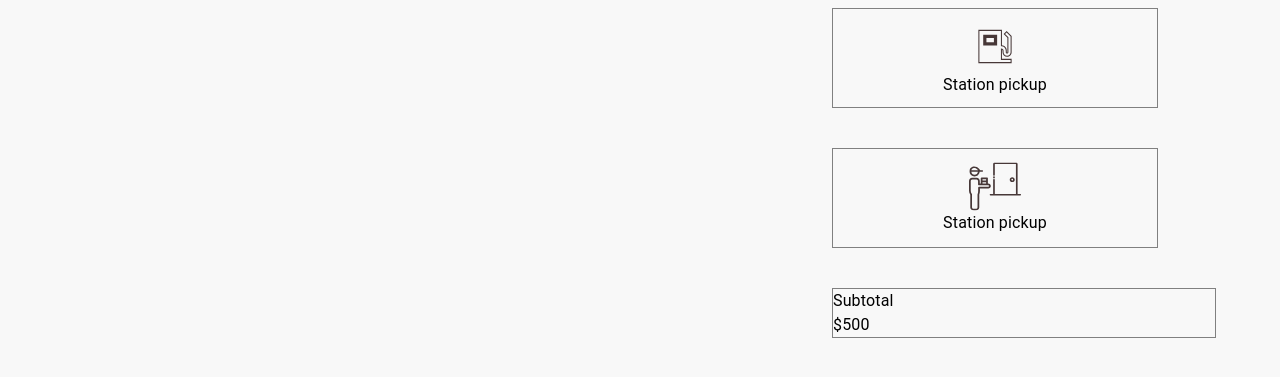
Repository: Armstrong2035/hng-project-two
Page: /cart (app in timbu-store/)
An editor plug-in stored every save of this project. The page is shown before and after the next save, followed by the edit.
The browser window is 1280 px wide. The pictures show the whole page.
The project was rebuilt for these pictures with package versions that can differ from the ones it lists, and the page was loaded fresh each time. The framework's server and built-in components were replaced by stand-ins that run in the browser. Also part of the build but not shown: timbu-store/next.config.mjs.

Above is the page before, as saved 2024-07-08 23:40:53.

### timbu-store/src/app/layout.js
export default function RootLayout({ children }) {
  return (
    <html lang="en">
      <body style={{ backgroundColor: "#F8F8F8" }}>{children}</body>
    </html>
  );
}

### timbu-store/src/app/cart/page.js
"use client";
import React from "react";
import CartPage from "../../../components/checkout/cart/CartPage";

export default function Page() {
  return (
    <>
      <CartPage />
    </>
  );
}

### timbu-store/components/checkout/cart/CartPage.js
"use client";
import useStore from "@/store/store";
import Image from "next/image";
import doorDelivery from "../../../public/icons/door-delivery.svg";
import stationPickup from "../../../public/icons/station-pickup.svg";
import {
  Typography,
  Box,
  Stack,
  Grid,
  Button,
  Card,
  CardContent,
  Container,
  AppBar,
} from "@mui/material";
import React, { useState } from "react";
import Cart from "./Cart";
export default function CartPage() {
  return (
    <>
      <Container>
        <Grid container>
          <Grid item className={"item"} xl={10} lg={8} md={6} sm={12} xs={12}>
            <Cart />
          </Grid>
          <Grid item xl={4} lg={4} md={6} sm={12} xs={12}>
            <Stack spacing={5}>
              <Box
                sx={{
                  border: "1px solid grey",
                  height: "98px",
                  width: "324px",
                  display: "flex",
                  flexDirection: "column",
                  alignItems: "center",
                  justifyContent: "center",
                }}
              >
                <Image src={stationPickup} />
                <Typography>Station pickup</Typography>
              </Box>

              <Box
                sx={{
                  border: "1px solid grey",
                  height: "98px",
                  width: "324px",
                  display: "flex",
                  flexDirection: "column",
                  alignItems: "center",
                  justifyContent: "center",
                }}
              >
                <Image src={doorDelivery} />
                <Typography>Station pickup</Typography>
              </Box>

              <Box sx={{ border: "1px solid grey" }}>
                <Typography>Subtotal</Typography>
                <Typography>$500</Typography>
              </Box>
            </Stack>
          </Grid>
        </Grid>
      </Container>
    </>
  );
}

### timbu-store/src/store/store.js
import { create } from "zustand";
import { persist } from "zustand/middleware";

const useStore = create(
  persist(
    (set) => ({
      cart: [],
      addToCart: (item) => set((state) => ({ cart: [...state.cart, item] })),
    }),
    {
      name: "cart-storage",
    }
  )
);

export default useStore;

### timbu-store/components/checkout/cart/Cart.js
"use client";
import React, { useState } from "react";
import useStore from "@/store/store";
import {
  Box,
  Grid,
  Stack,
  Card,
  CardContent,
  Typography,
  Button,
} from "@mui/material";
import Image from "next/image";

export default function Cart() {
  const [orderVolume, setOrderVolume] = useState(1);
  const cart = useStore((state) => state.cart);

  console.log(cart);
  return (
    <>
      <Stack spacing={10}>
        {cart.map((item) => (
          <Box
            key={item.id}
            className={"order summary"}
            style={{
              width: "100%",
              display: "flex",
              alignItems: "center",
              justifyContent: "space-between",
            }}
          >
            <Box sx={{ backgroundColor: "#F8F8F8" }}>
              <Stack direction={"row"} alignItems={"center"} spacing={2}>
                <Box
                  sx={{
                    display: "flex",
                    alignItems: "center",
                    justifyContent: "center",
                    backgroundColor: "#F1F0F0",
                    position: "relative",
                    "&:hover .add-to-cart": {
                      opacity: 1,
                    },

                    "&:hover": {
                      backgroundColor: "#E6DFDF",
                    },
                    width: "260px",
                    height: "290px",
                  }}
                  elevation={"none"}
                >
                  <div
                    style={{
                      width: "300",
                      height: "300",
                      position: "relative",
                      padding: "10px, 10px",
                    }}
                  >
                    <Image
                      src={item.imageUrl}
                      alt={item.productName}
                      layout="responsive"
                      width={500}
                      height={500}
                      objectFit="contain"
                    />
                  </div>
                </Box>
                <Box sx={{ padding: "16px" }}>
                  <Typography>{item.productName}</Typography>
                  <Box
                    sx={{
                      border: "1px solid #B2A6A6",
                      display: "flex",
                      flexDirection: "row",
                      alignItems: "center",
                      margin: "10px 0",
                    }}
                  >
                    <Button
                      sx={{ color: "#473838" }}
                      onClick={() =>
                        setOrderVolume(orderVolume > 1 ? orderVolume - 1 : 1)
                      }
                    >
                      -
                    </Button>
                    <Typography sx={{ padding: "0 10px" }}>
                      {orderVolume}
                    </Typography>
                    <Button
                      sx={{ color: "#473838" }}
                      onClick={() => setOrderVolume(orderVolume + 1)}
                    >
                      +
                    </Button>
                  </Box>

                  <Button sx={{ color: "#ED8174" }}>Remove</Button>
                </Box>
              </Stack>
            </Box>

            <Typography sx={{ margin: "auto 80px" }}>
              {item.discountPrice}
            </Typography>
          </Box>
        ))}
      </Stack>
    </>
  );
}

After the next save:
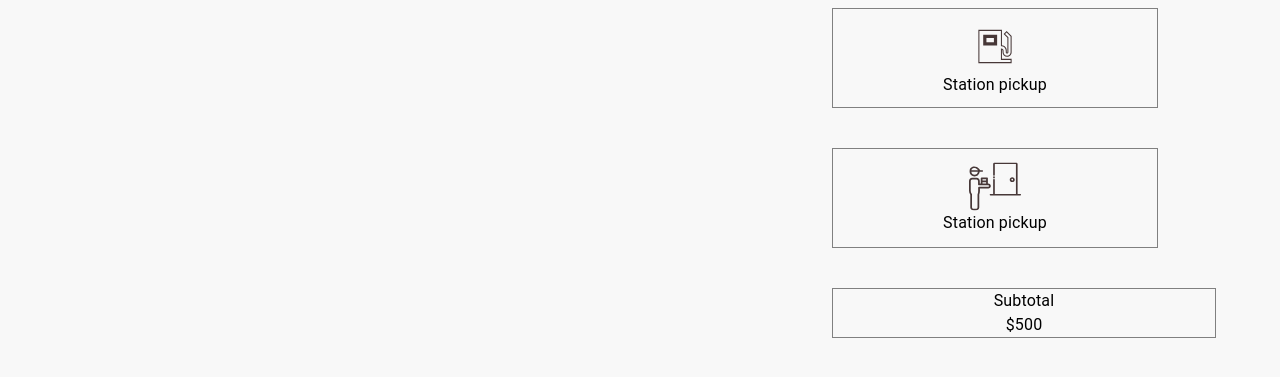
Saved 16 s later.
--- a/timbu-store/components/checkout/cart/CartPage.js
+++ b/timbu-store/components/checkout/cart/CartPage.js
@@ -56,7 +56,15 @@ export default function CartPage() {
                 <Typography>Station pickup</Typography>
               </Box>
 
-              <Box sx={{ border: "1px solid grey" }}>
+              <Box
+                sx={{
+                  border: "1px solid grey",
+                  display: "flex",
+                  flexDirection: "column",
+                  alignItems: "center",
+                  justifyContent: "center",
+                }}
+              >
                 <Typography>Subtotal</Typography>
                 <Typography>$500</Typography>
               </Box>
